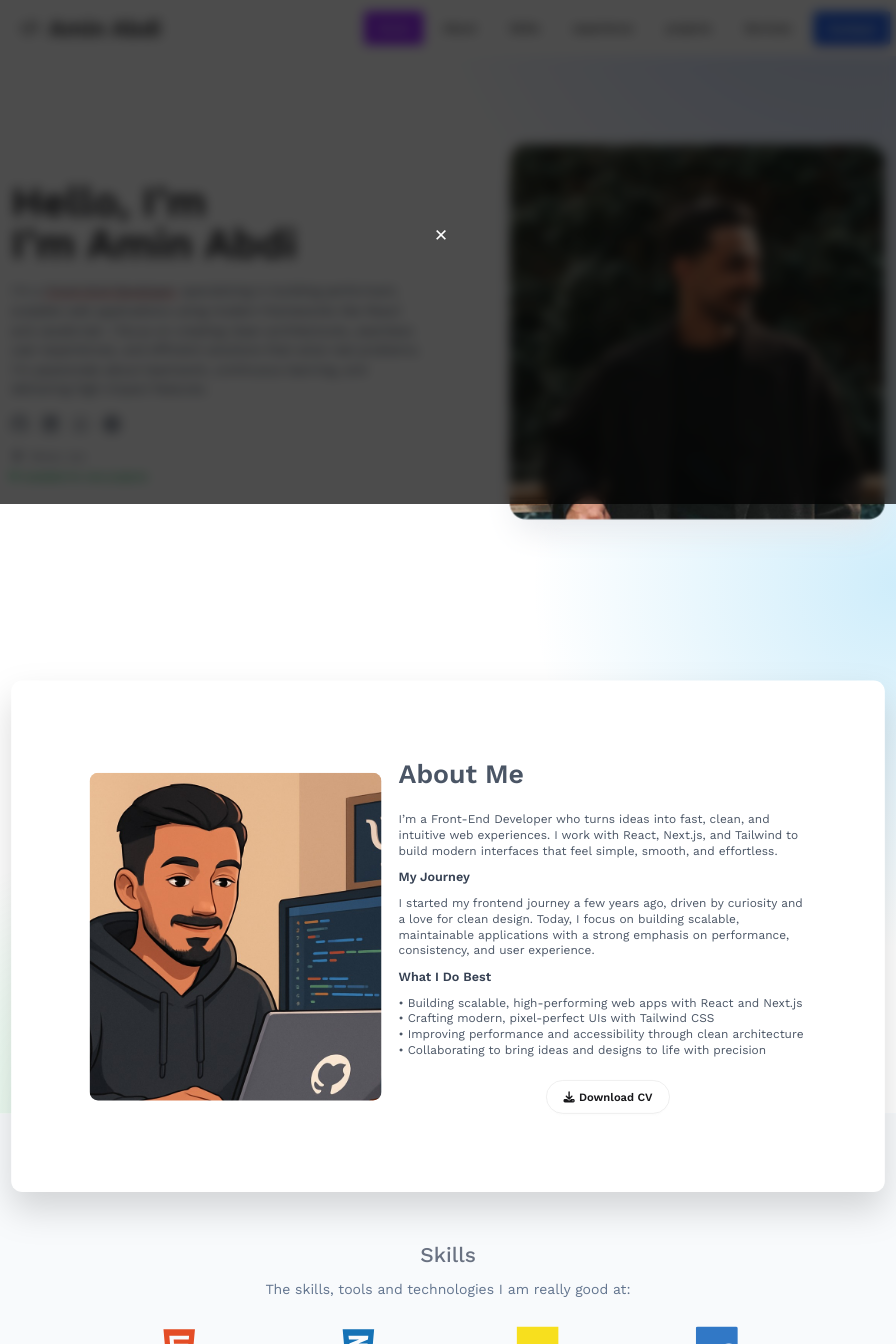
Repository: amnabdi/portfolio
Page: /picto/, after clicking the first element matching `div.aspect-\[16\/10\]`
These files come from the project's save history. The page is drawn as it stood at one moment and after the next save; the edit follows.
The browser window is 1280 px wide. The pictures show the part of the page from y = 0 to 1920 px (the page is 4766 px tall before and 720 px after), at 70% of full size.
The project was rebuilt for these pictures with package versions that can differ from the ones it lists, and the page was loaded fresh each time. Also part of the build but not shown: vite.config.js, src/components/testimonial/TestimonialTemplate.jsx, src/components/testimonial/testimonial.css, src/components/testimonial/Testimonial.jsx, src/components/contact/Address.jsx, src/components/contact/Form.jsx, src/components/common/socialMedia/SocialMedia.jsx, src/components/contact/Contact.jsx.

Above is the page before, as saved 2025-12-31 12:13:45.

### index.html
<!doctype html>
<html lang="en">

<head>
    <meta charset="hUTF-8" />
    <link rel="icon" type="image/svg+xml" class="rounded-b-4xl w-8 text-white" href="/logo.svg" />
    <meta name="viewport" content="width=device-width, initial-scale=1.0" />
    <link rel="stylesheet" href="/index.css">

    <style>
        /* Google font - Work Sans */
        @import url('https://fonts.googleapis.com/css2?family=Work+Sans:ital,wght@0,100..900;1,100..900&display=swap');
    </style>

    <title>Picto - Personal portfolio</title>
</head>

<body class="">
    <div id="root" class=""></div>
    <script type="module" src="/src/main.jsx"></script>
    <script type="module" src="https://unpkg.com/cally"></script>
</body>

</html>

### index.css
@import "tailwindcss";
@plugin "daisyui";

/* ---------------------------------- */
/* DaisyUI Themes                     */
/* ---------------------------------- */
@plugin "daisyui" {
  themes: light --default, dark --prefersdark;
}

/* ---------------------------------- */
/* Global Transition                  */
/* ---------------------------------- */
* {
  transition-property: all;
  transition-timing-function: var(
    --tw-ease,
    var(--default-transition-timing-function)
  );
  transition-duration: 200ms;
}

/* ---------------------------------- */
/* Design Tokens                      */
/* ---------------------------------- */
@theme {
  /* Breakpoints */
  --breakpoint-xxs: 21.25rem; /* 340px */
  --breakpoint-xs: 23.125rem; /* 363px */
  --breakpoint-xxl: 82.5rem; /* 1320px */

  /* Brand Colors */
  --color-picto-primary: #2563eb; /* Blue 600 */
  --color-picto-primary-dark: #1e40af; /* Blue 800 */
  --color-picto-accent: #22c55e; /* Green 500 */

  /* Neutral */
  --color-soft-white: #f8fafc;
  --color-soft-dark: #64748b;

  /* Backgrounds */
  --color-bg-light: #ffffff;
  --color-bg-dark: #020617;

  /* Borders */
  --color-border-light: #e5e7eb;
  --color-border-dark: #1e293b;
}

/* ---------------------------------- */
/* Buttons                            */
/* ---------------------------------- */
.btn-primary {
  @apply bg-picto-primary text-white border-0
         hover:bg-picto-primary-dark
         hover:scale-[1.03]
         transition-all duration-300;
}

/* ---------------------------------- */
/* Typography                         */
/* ---------------------------------- */
body {
  font-family: "Work Sans", sans-serif;
  background-color: var(--color-bg-light);
  color: #0f172a;
}

/* ---------------------------------- */
/* Layout Helpers                     */
/* ---------------------------------- */
.content {
  @apply max-xxl:w-full xxl:max-w-[1320px] xxl:mx-auto;
}

.section-title {
  @apply font-medium md:font-semibold
         text-3xl sm:text-4xl md:text-5xl;
}

.center {
  @apply flex justify-center items-center;
}

/* ---------------------------------- */
/* Decorative Backgrounds             */
/* ---------------------------------- */
.introduction-profile-background {
  background: radial-gradient(
      circle at 12% 100%,
      rgba(34, 197, 94, 0.15),
      transparent 20%
    ),
    radial-gradient(
      circle at 95% -15%,
      rgba(37, 99, 235, 0.25),
      transparent 30%
    ),
    radial-gradient(
      circle at center right,
      rgba(14, 165, 233, 0.2),
      transparent 35%
    );
}

.blog-background {
  background: radial-gradient(
      circle at -10% 0%,
      rgba(37, 99, 235, 0.2),
      transparent 25%
    ),
    radial-gradient(
      circle at 110% 30%,
      rgba(14, 165, 233, 0.25),
      transparent 25%
    );
}

### src/routes/Router.jsx
import { lazy, Suspense } from "react";
import { createBrowserRouter } from "react-router-dom";
import Loading from "../components/common/loading/Loading";
const Home = lazy(() => import("../pages/Home"));
const Main = lazy(() => import("../layouts/Main"));

const repoName = import.meta.env.VITE_REPO_NAME || "";

export const router = createBrowserRouter(
  [
    {
      path: `/`,
      element: (
        <Suspense fallback={<Loading />}>
          <Main />
        </Suspense>
      ),
      children: [
        {
          path: "/",
          element: <Home></Home>,
        },
      ],
    },
  ],
  { basename: `/${repoName}` }
);

### src/pages/Home.jsx
import Introduction from "../components/introduction/Introduction";
import Profile from "../components/profile/Profile";
import WorkProcess from "../components/workProcess/WorkProcess";
import Experience from "../components/experience/Experience";
import WorkTogether from "../components/workTogether/WorkTogether";
import Profession from "../components/profession/Profession";
import HappyClients from "../components/happyClients/HappyClients";
import Testimonial from "../components/testimonial/Testimonial";
import Contact from "../components/contact/Contact";
import "../../index.css";
import Projects from "../components/projects/Projects";

const Home = () => {
  return (
    <div className="relative">
      <div className="introduction-profile-background">
        <div className="content">
          <Introduction />
          <Profile />
        </div>
      </div>
      <div className="bg-soft-white pt-30">
        <WorkProcess />
      </div>
      <Experience />
      <div className="bg-gray-900">
        <WorkTogether />
      </div>
      <div className="blog-background">
        <Projects />
      </div>
      <div className="bg-soft-white">
        <Profession />
      </div>
      {/* <HappyClients />
      <Testimonial /> */}
      {/* <Contact /> */}
    </div>
  );
};

export default Home;

### src/layouts/Main.jsx
import { Outlet } from "react-router-dom";
import NavBar from "../components/common/navbar/NavBar";
import Footer from "../components/common/footer/Footer";
import ScrollToTop from "../components/common/scrollToTop/ScrollToTop";

const Main = () => {
  return (
    <div data-theme={"light"} className="relative">
      <NavBar />
      <Outlet />
      <div className="bg-[#2A374A]">
        <Footer />
      </div>
      <ScrollToTop />
    </div>
  );
};

export default Main;

### src/components/workProcess/WorkProcess.jsx
import { FaHtml5, FaCss3Alt, FaReact, FaGitAlt } from "react-icons/fa";
import {
  SiJavascript,
  SiTypescript,
  SiNextdotjs,
  SiRedux,
  SiTailwindcss,
  SiNpm,
} from "react-icons/si";
import { TbApi } from "react-icons/tb";
import { MdOutlineDevices } from "react-icons/md";
import { TbDeviceMobileCode } from "react-icons/tb";

const skills = [
  { id: 1, name: "HTML", icon: FaHtml5, color: "#E44D26" },
  { id: 2, name: "CSS", icon: FaCss3Alt, color: "#1572B6" },
  { id: 3, name: "JavaScript", icon: SiJavascript, color: "#F7DF1E" },
  { id: 4, name: "TypeScript", icon: SiTypescript, color: "#3178C6" },
  { id: 5, name: "React.js", icon: FaReact, color: "#61DAFB" },
  { id: 6, name: "Next.js", icon: SiNextdotjs, color: "#000000" },
  { id: 7, name: "PWA", icon: MdOutlineDevices, color: "#6366F1" },
  { id: 8, name: "REST APIs", icon: TbApi, color: "#111827" },
  { id: 9, name: "React Query", icon: FaReact, color: "#F97316" },
  { id: 10, name: "Design Pattern", icon: SiJavascript, color: "#0F766E" },
  { id: 11, name: "Redux", icon: SiRedux, color: "#764ABC" },
  { id: 12, name: "Material UI", icon: SiTailwindcss, color: "#0284C7" },
  { id: 13, name: "Tailwind CSS", icon: SiTailwindcss, color: "#06B6D4" },
  {
    id: 14,
    name: "Responsive & Adaptive Design",
    icon: TbDeviceMobileCode,
    color: "#6B7280",
  },
  { id: 15, name: "npm", icon: SiNpm, color: "#CB0001" },
  { id: 16, name: "Git", icon: FaGitAlt, color: "#F05033" },
];
const WorkProcess = () => {
  return (
    <section id="skills" className="py-16">
      <div className="max-w-5xl mx-auto px-4 text-center">
        {/* برچسب بالا */}

        <p className="text-3xl font-medium text-gray-500">Skills</p>

        {/* توضیح کوتاه */}
        <p className="mt-4 text-xl text-slate-500">
          The skills, tools and technologies I am really good at:
        </p>

        {/* آیکون‌ها */}
        <div className="mt-10 grid grid-cols-3 sm:grid-cols-4 md:grid-cols-4 gap-6 sm:gap-8 place-items-center">
          {skills.map((skill) => {
            const Icon = skill.icon;
            return (
              <div key={skill.id} className="flex flex-col items-center gap-2">
                <Icon className="text-6xl " style={{ color: skill.color }} />
                <span className="text-xs sm:text-sm text-slate-500">
                  {skill.name}
                </span>
              </div>
            );
          })}
        </div>
      </div>
    </section>
  );
};

export default WorkProcess;

### src/components/experience/Experience.jsx
import { experiences } from "../../data/experience";
import ExperienceCard from "./ExperienceCard";

const Experience = () => {
  return (
    <section id="experience" className="py-16">
      <div className="max-w-5xl mx-auto px-4">
        <h2 className="text-xl text-gray-500 sm:text-2xl font-semibold text-center tracking-tight">
          Experience
        </h2>

        <div className="mt-8 space-y-6">
          {experiences?.map((exp) => (
            <ExperienceCard key={exp.id} data={exp} />
          ))}
        </div>
      </div>
    </section>
  );
};

export default Experience;

### src/components/workTogether/WorkTogether.jsx
import { faArrowRight } from "@fortawesome/free-solid-svg-icons";
import { FontAwesomeIcon } from "@fortawesome/react-fontawesome";

const WorkTogether = () => {
  return (
    <div className="py-25 max-w-169 mx-auto px-2">
      <div className="text-center">
        <p className="text-white md:font-semibold text-2xl sm:text-3xl md:text-5xl pb-8">
          Do you have a Project Idea? Let's discuss your project!
        </p>
        <p className="text-[#A5ACB5] text-xs sm:text-lg font-normal text-center pb-8">
          I'm always open to discussing new projects and creative ideas. Let's
          connect and build something amazing together.
        </p>
        <a
          href="https://t.me/+989119209012"
          target="_blank"
          className="btn btn-primary px-4 md:px-6.5 py-3 md:py-6 text-[12px] md:text-[16px]"
        >
          Let's work Together
          <FontAwesomeIcon
            icon={faArrowRight}
            size="l"
            style={{ color: "#FFFFFF" }}
            className="ms-3"
          />
        </a>
      </div>
    </div>
  );
};

export default WorkTogether;

### src/components/projects/Projects.jsx
import { projects } from "../../data/projcts";
import ProjectCard from "./ProjectsCard";

// Breakpoints for swiperJS
const custom_breakpoints = {
  640: {
    slidesPerView: 2,
    spaceBetween: 15,
  },
  768: {
    slidesPerView: 3,
    spaceBetween: 15,
  },
  1220: {
    slidesPerView: 4,
    spaceBetween: 24,
  },
};

const Projects = () => {
  return (
    <section id="projects" className="py-16">
      <div className="max-w-6xl mx-auto px-4">
        <h2 className="text-xl sm:text-2xl font-semibold tracking-tight">
          Projects
        </h2>

        <div className="mt-10 space-y-10">
          {projects?.map((project) => (
            <ProjectCard key={project.id} data={project} />
          ))}
        </div>
      </div>
    </section>
  );
};

export default Projects;

### src/components/common/footer/Footer.jsx
import logo from "../../../assets/logo.png";

/* Footer nabLinks */
const navItems = [
  { id: 1, name: "Home", url: "Home" },
  { id: 2, name: "About", url: "About" },
  { id: 3, name: "Process", url: "Process" },
  { id: 4, name: "Portfolio", url: "Portfolio" },
  { id: 5, name: "Blog", url: "Blog" },
  { id: 6, name: "Services", url: "Services" },
  { id: 7, name: "Contact", url: "Contact" },
];
const copyrightYear = new Date().getFullYear();

const Footer = () => {
  return (
    <div className="py-4 flex items-center justify-center">
      <p className="text-white mr-1">© 2026 |</p>
      <p className="text-white text-center ">
        Developed with ❤️ by {"Amin Abdi "}
      </p>
    </div>
  );
};

export default Footer;

### src/components/common/scrollToTop/ScrollToTop.jsx
import { useEffect, useState } from "react";
import { faAngleUp } from "@fortawesome/free-solid-svg-icons";
import { animateScroll } from "react-scroll";
import { FontAwesomeIcon } from "@fortawesome/react-fontawesome";

const scrollToTop = () => {
  animateScroll.scrollToTop(options); /* To Top */
  //   animateScroll.scrollToBottom(options); /* To Bottom */
};

const options = {
  duration: 500,
  smooth: true,
};

const ScrollToTop = () => {
  const [position, setPosition] = useState(0);

  useEffect(() => {
    const handleScroll = () => {
      setPosition(window.scrollY);
    };
    window.addEventListener("scroll", handleScroll);
  }, []);

  return (
    <div className="flex justify-end relative  sm:me-10 z-10 transition-all">
      <a
        onClick={scrollToTop}
        className={`fixed bottom-10 me-5 w-10 h-10 sm:w-12.5 sm:h-12.5 lg:w-15 lg:h-15 flex justify-center items-center rounded-full transition delay-150 duration-500 ease-in-out hover:scale-120 hover:cursor-pointer bg-picto-primary hover:bg-picto-primary-dark text-white ${
          position < 200 && "scale-0"
        }`}
      >
        <FontAwesomeIcon icon={faAngleUp} size="2xl" />
      </a>
    </div>
  );
};

export default ScrollToTop;

### src/components/introduction/introduction.css
.bg-highlight {
  background: linear-gradient(to top, #ffc8c8 40%, transparent 40%);
  background-size: 100% 100%;
  background-repeat: no-repeat;
  padding-left: 2px;
  padding-right: 2px;
}

### src/components/experience/ExperienceCard.jsx
// components/ExperienceCard.tsx
import { MapPin } from "lucide-react";

export default function ExperienceCard({ data }) {
  return (
    <div className="rounded-2xl border border-slate-200 bg-white p-6 shadow-sm">
      {/* Header */}
      <div className="flex flex-col gap-4 sm:flex-row sm:items-start sm:justify-between">
        <a href={data.link} target="_blank" rel="noopener noreferrer">
          <div className="flex gap-4">
            {/* Logo */}
            <div className="flex h-16 w-16 shrink-0 items-center justify-center rounded-xl border border-gray-200 ">
              <img
                src={data.logo}
                alt={data.company}
                className="h-12 w-12 object-contain"
              />
            </div>

            {/* Info */}
            <div>
              <h3 className="font-semibold text-green-700">{data.company}</h3>
              <p className="font-medium text-slate-900">{data.role}</p>
              <div className="mt-1 flex items-center gap-1 text-sm text-slate-500">
                <MapPin className="h-4 w-4" />
                {data.location}
              </div>
            </div>
          </div>
        </a>

        {/* Date */}
        <div className="text-sm text-slate-500 sm:text-right">
          <p>{data.duration}</p>
          <p className="mt-1 font-medium text-green-700">{data.period}</p>
        </div>
      </div>

      {/* Responsibilities */}
      <ul className="mt-4 list-disc space-y-2 pl-5 text-sm text-slate-600">
        {data.responsibilities.map((item, index) => (
          <li key={index}>{item}</li>
        ))}
      </ul>
    </div>
  );
}

### src/components/projects/ProjectsCard.jsx
import ProjectGallery from "../common/gallery/ProjectGallery";
import { PiLinkSimple } from "react-icons/pi";

export default function ProjectCard({ data }) {
  console.log(data);
  return (
    <div className="overflow-hidden rounded-2xl border border-slate-200 bg-white shadow-sm">
      <div className="grid grid-cols-1 lg:grid-cols-2">
        {/* Left */}
        <div className="bg-slate-50 p-4">
          <ProjectGallery images={data.images} title={data.title} />
        </div>

        {/* Right */}
        <div className="p-6">
          <h3 className="text-lg font-semibold  text-gray-700">{data.title}</h3>

          <ul className="mt-4 list-disc space-y-2 pl-5 font-medium  text-[14px] text-slate-700">
            {data.highlights.map((item, i) => (
              <li key={i}>{item}</li>
            ))}
          </ul>

          <div className="mt-6 flex flex-wrap gap-2 ">
            {data.tech.map((t, i) => (
              <span
                key={i}
                className="rounded-full bg-slate-100 px-3 py-1 text-xs lg:text-[13px] text-slate-800"
              >
                {t}
              </span>
            ))}
          </div>
          <div className="mt-6 flex items-center justify-start gap-2">
            <PiLinkSimple
              className={`${data?.linkName ? "block" : "hidden"}`}
              color="#2563eb"
            />
            <a className="font-medium text-lg text-blue-500" href={data?.url}>
              {data.linkName}
            </a>
          </div>
        </div>
      </div>
    </div>
  );
}

### src/components/common/gallery/ProjectGallery.jsx
"use client";

import { useState } from "react";
import { createPortal } from "react-dom";
import { Swiper, SwiperSlide } from "swiper/react";
import { Navigation, Thumbs, FreeMode } from "swiper/modules";

import "swiper/css";
import "swiper/css/navigation";
import "swiper/css/thumbs";
import "swiper/css/free-mode";
import ImageModal from "../../ImageModal/ImageModal";

export default function ProjectGallery({ images, title }) {
  const [modalIndex, setModalIndex] = useState(null);
  const [thumbsSwiper, setThumbsSwiper] = useState(null);

  return (
    <div>
      {/* Main Gallery */}
      <Swiper
        modules={[Navigation, Thumbs]}
        navigation
        thumbs={{ swiper: thumbsSwiper }}
        spaceBetween={16}
        className="rounded-xl border"
      >
        {images.map((img, index) => (
          <SwiperSlide key={index}>
            <div
              className="aspect-[16/10] cursor-zoom-in"
              onClick={() => setModalIndex(index)}
            >
              <img
                src={img}
                alt=""
                className="h-full w-full rounded-xl object-cover"
              />
            </div>
          </SwiperSlide>
        ))}
      </Swiper>

      {/* Thumbnails */}
      <Swiper
        onSwiper={setThumbsSwiper}
        modules={[FreeMode, Thumbs]}
        freeMode
        watchSlidesProgress
        slidesPerView="auto"
        spaceBetween={10}
        className="mt-3"
      >
        {images.map((img, index) => (
          <SwiperSlide key={index} className="!w-28">
            <img
              src={img}
              alt=""
              className="h-16 w-full rounded-lg object-cover opacity-60 hover:opacity-100 transition"
            />
          </SwiperSlide>
        ))}
      </Swiper>

      {/* Modal */}
      {modalIndex !== null && (
        <ImageModal
          images={images}
          initialIndex={modalIndex}
          title={title}
          onClose={() => setModalIndex(null)}
        />
      )}
    </div>
  );
}

### src/components/ImageModal/ImageModal.jsx
import { createPortal } from "react-dom";

export default function ImageModal({ image, alt, onClose }) {
  return createPortal(
    <div
      className="
        fixed inset-0 z-50 flex items-center justify-center
        bg-black/70 backdrop-blur-sm
      "
      onClick={onClose}
    >
      <div
        className="relative max-h-[90vh] max-w-[90vw]"
        onClick={(e) => e.stopPropagation()}
      >
        <button
          onClick={onClose}
          className="
            absolute -top-10 right-0
            text-white text-2xl
            hover:opacity-80
          "
        >
          ✕
        </button>

        <img
          src={image}
          alt={alt}
          className="max-h-[90vh] max-w-[90vw] rounded-xl object-contain"
        />
      </div>
    </div>,
    document.body,
  );
}

Loaded but not shown: src/main.jsx (common file); src/components/common/loading/Loading.jsx (common file); src/data/projcts.js (46 lines, source omitted); src/data/experience.js (39 lines, source omitted); src/components/happyClients/HappyClients.jsx (182 lines, source omitted); src/components/introduction/Introduction.jsx (149 lines, source omitted); src/components/profile/Profile.jsx (86 lines, source omitted); src/components/common/navbar/NavBar.jsx (113 lines, source omitted); src/components/profession/Profession.jsx (95 lines, source omitted)

After the next save:
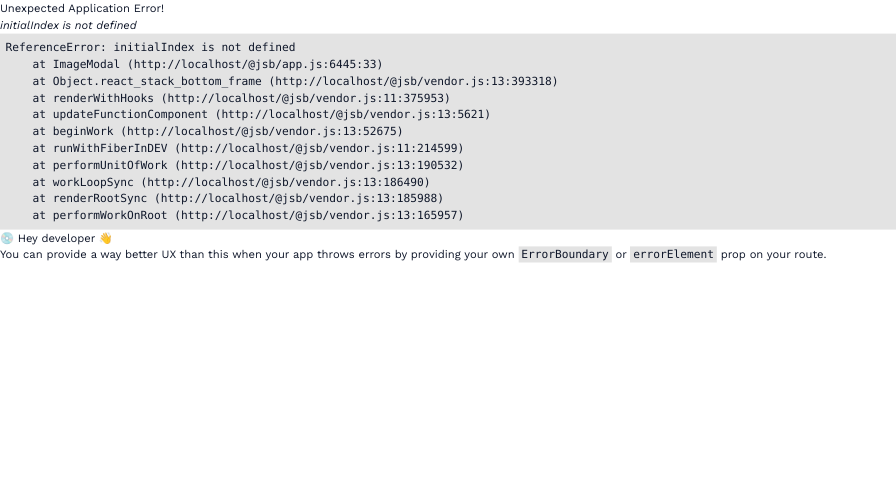
Saved 68 s later.
--- a/src/components/ImageModal/ImageModal.jsx
+++ b/src/components/ImageModal/ImageModal.jsx
@@ -1,34 +1,68 @@
 import { createPortal } from "react-dom";
+import { Swiper, SwiperSlide } from "swiper/react";
+import { Navigation, Thumbs, FreeMode } from "swiper/modules";
+import "swiper/css";
+import "swiper/css/navigation";
+import "swiper/css/thumbs";
+import "swiper/css/free-mode";
 
 export default function ImageModal({ image, alt, onClose }) {
   return createPortal(
     <div
-      className="
-        fixed inset-0 z-50 flex items-center justify-center
-        bg-black/70 backdrop-blur-sm
-      "
+      className="fixed inset-0 z-50 bg-black/80 backdrop-blur-sm"
       onClick={onClose}
     >
       <div
-        className="relative max-h-[90vh] max-w-[90vw]"
+        className="flex h-full w-full flex-col items-center justify-center px-4"
         onClick={(e) => e.stopPropagation()}
       >
+        {/* Close */}
         <button
           onClick={onClose}
-          className="
-            absolute -top-10 right-0
-            text-white text-2xl
-            hover:opacity-80
-          "
+          className="absolute right-6 top-6 text-3xl text-white hover:opacity-80"
         >
           ✕
         </button>
 
-        <img
-          src={image}
-          alt={alt}
-          className="max-h-[90vh] max-w-[90vw] rounded-xl object-contain"
-        />
+        {/* Main Slider */}
+        <Swiper
+          modules={[Navigation, Thumbs]}
+          navigation
+          initialSlide={initialIndex}
+          thumbs={{ swiper: thumbsSwiper }}
+          className="w-full max-w-6xl"
+        >
+          {images.map((img, index) => (
+            <SwiperSlide key={index}>
+              <img
+                src={img}
+                alt={`${title} ${index + 1}`}
+                className="mx-auto max-h-[75vh] rounded-xl object-contain"
+              />
+            </SwiperSlide>
+          ))}
+        </Swiper>
+
+        {/* Thumbnails */}
+        <Swiper
+          onSwiper={setThumbsSwiper}
+          modules={[FreeMode, Thumbs]}
+          freeMode
+          watchSlidesProgress
+          slidesPerView="auto"
+          spaceBetween={10}
+          className="mt-4 max-w-6xl"
+        >
+          {images.map((img, index) => (
+            <SwiperSlide key={index} className="!w-28 cursor-pointer">
+              <img
+                src={img}
+                alt=""
+                className="h-16 w-full rounded-lg object-cover opacity-60 hover:opacity-100 transition"
+              />
+            </SwiperSlide>
+          ))}
+        </Swiper>
       </div>
     </div>,
     document.body,
